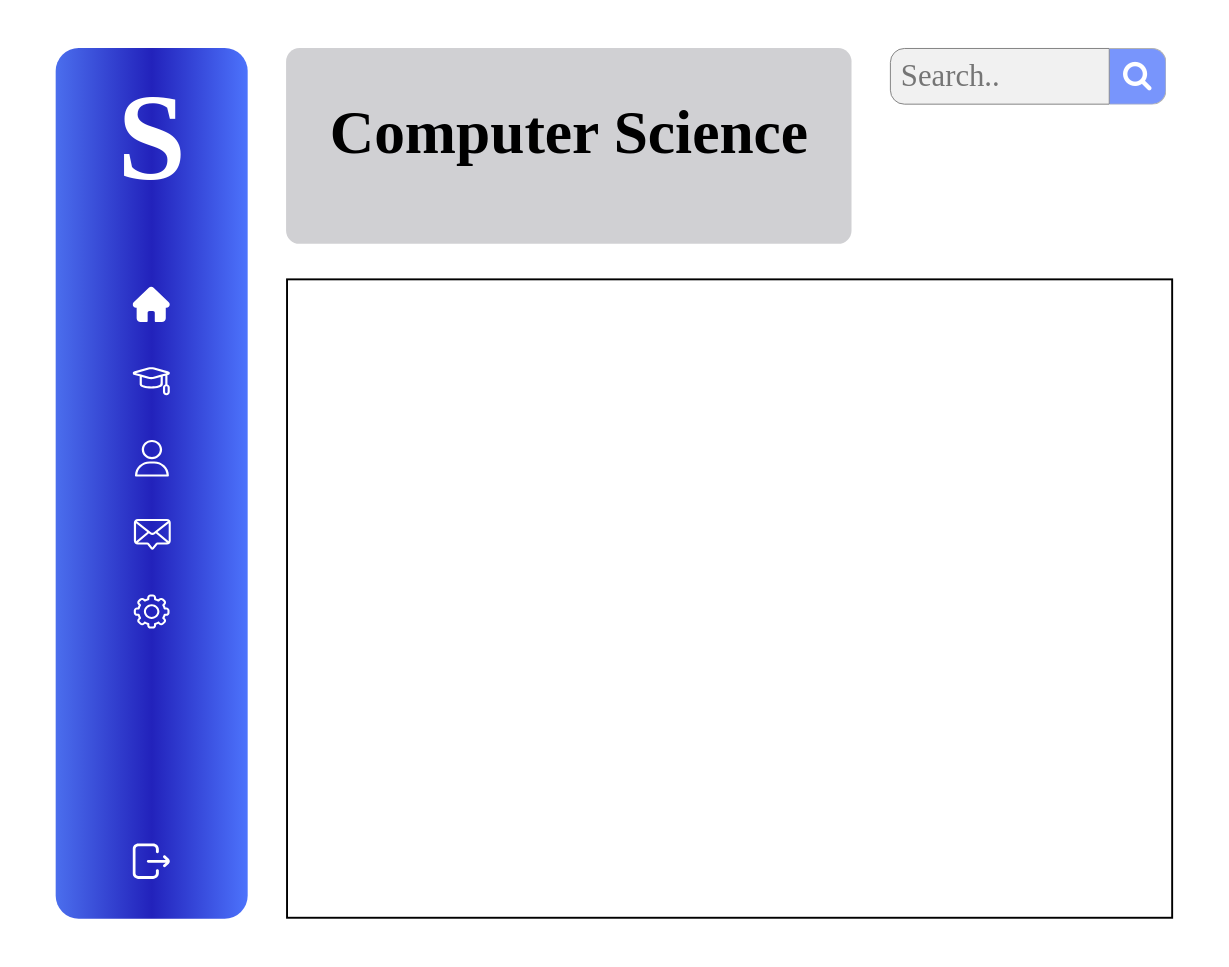
Repository: rafalzacher1/smartify-interface
Page: topics.html
The author's editor kept a copy of each file at every save. The page is drawn from the files as they stood at one save, then again after the next save.
The browser window is 1280 px wide. The pictures show the whole page, at 96% of full size.
Some web fonts or font styles are not loaded; a fallback is used.

Above is the page before, as saved 2022-06-30 17:33:44.

After the next save:
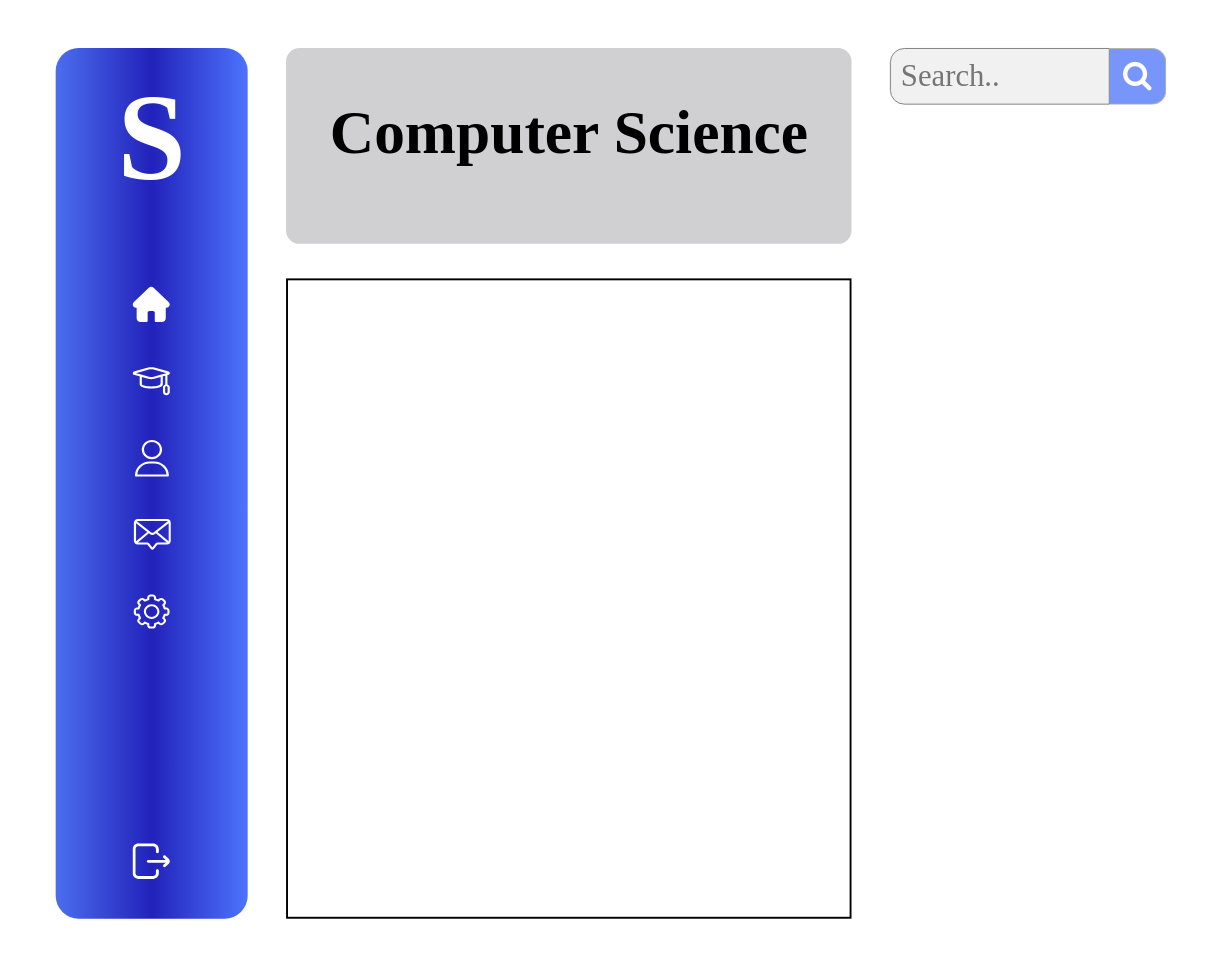
Saved 42 s later.
--- a/styles/topics.css
+++ b/styles/topics.css
@@ -1,5 +1,5 @@
 #topics-container {
-  grid-column: 2 / 4;
+  grid-column: 2 / 2;
   grid-row: 2 / 5;
   border: solid 2px black;
 }
